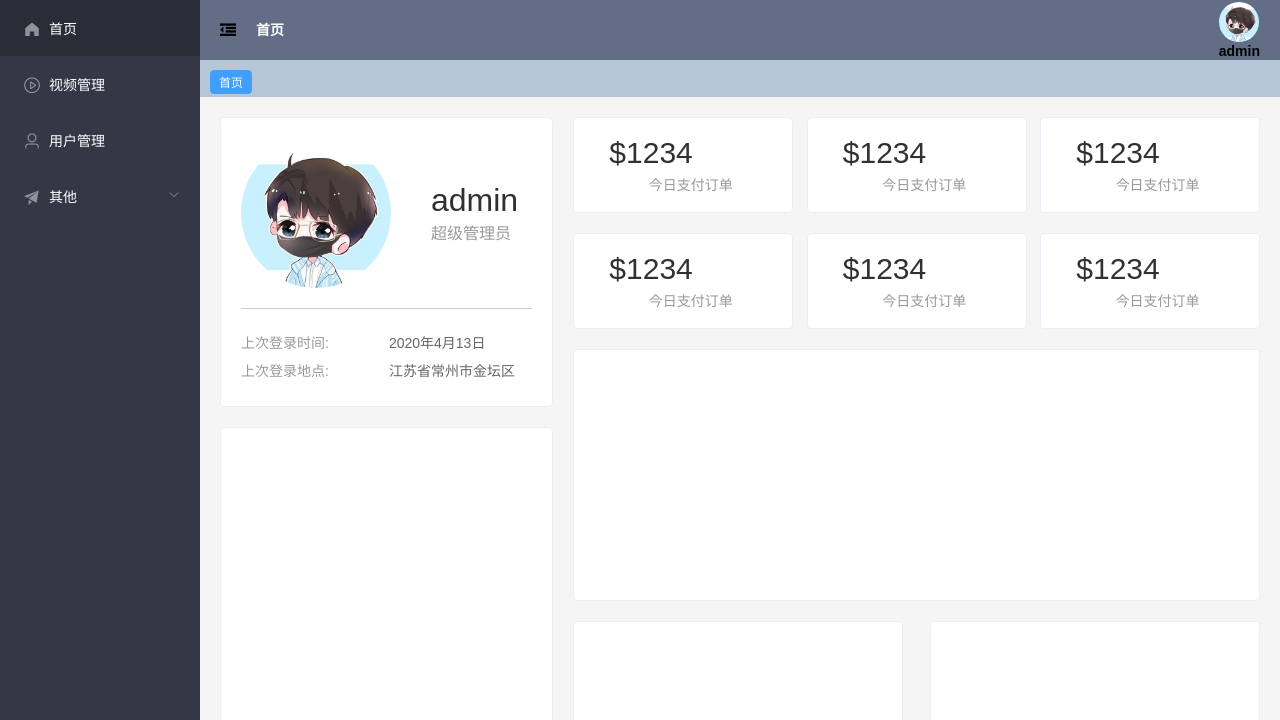
Repository: coWhy/vue-manage
Page: /
These files come from the project's save history. The page is drawn as it stood at one moment and after the next save; the edit follows.
The browser window is 1280 px wide. The pictures show the whole page.
An inner scrolling area shows only its first screen. The project was rebuilt for these pictures with package versions that can differ from the ones it lists, and the page was loaded fresh each time. Also part of the build but not shown: vue.config.js.

Above is the page before, as saved 2020-04-13 23:36:15.

After the next save:
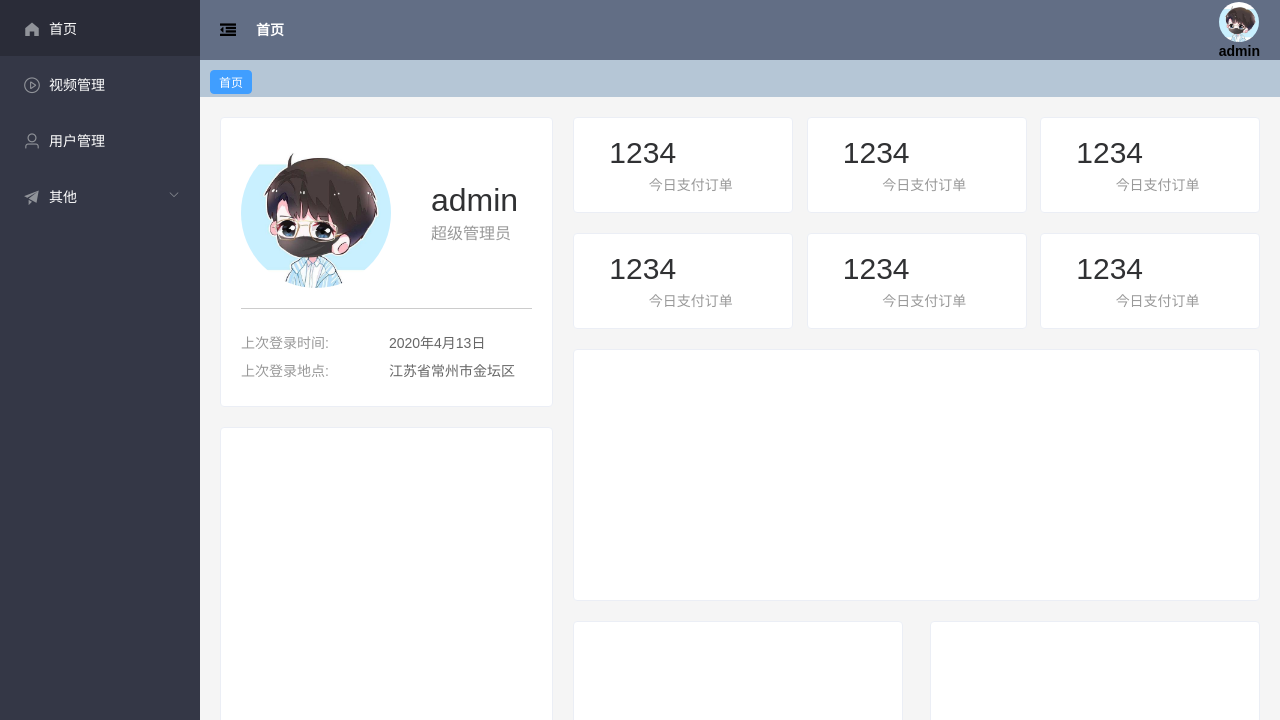
Saved 108 s later.
--- a/src/views/home/index.vue
+++ b/src/views/home/index.vue
@@ -24,13 +24,13 @@
     <el-col :span="16">
       <!-- 顶部  -->
       <div class="num">
-        <el-card shadow="hover" v-for="item in 6" :key="item">
+        <el-card shadow="hover" v-for="item in countData" :key="item.icon">
           <!-- 图标部分 -->
           <i class="icon"></i>
           <!-- 详情部分  -->
           <div class="detail">
-            <p class="num">$1234</p>
-            <p class="txt">今日支付订单</p>
+            <p class="num">{{ item.value }}</p>
+            <p class="txt">{{ item.name }}</p>
           </div>
         </el-card>
       </div>
